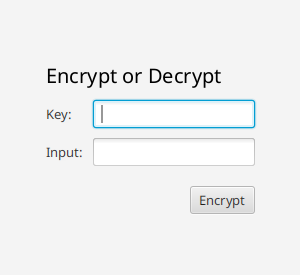
Repository: Naif6003/SDES_javafx
Program's window: java SDESjavafx/src/application/Main.java
An editor plug-in stored every save of this project. The program's window is shown before and after the next save, followed by the edit.
It runs on Java 21 on a 1366 x 768 screen with JavaFX 11; the title bar is not drawn.

Above is the program's window before, as saved 2017-10-31 16:49:07.

### SDESjavafx/src/application/Main.java
package application;

import javafx.application.Application;
import javafx.event.ActionEvent;
import javafx.event.EventHandler;
import javafx.geometry.Insets;
import javafx.geometry.Pos;
import javafx.scene.Scene;
import javafx.scene.control.Button;
import javafx.scene.control.Label;
import javafx.scene.control.PasswordField;
import javafx.scene.control.TextField;
import javafx.scene.layout.GridPane;
import javafx.scene.layout.HBox;
import javafx.scene.paint.Color;
import javafx.scene.text.Font;
import javafx.scene.text.FontWeight;
import javafx.scene.text.Text;
import javafx.stage.Stage;


public class Main extends Application {

	public static void main(String[] args) {
		launch(args);
	}
	@Override
    public void start(Stage primaryStage) {

        primaryStage.setTitle("SDES");
        GridPane gd = new GridPane();
        gd.setAlignment(Pos.CENTER);
        gd.setHgap(10);
        gd.setVgap(10);
        gd.setPadding(new Insets(25, 25, 25, 25));


        Scene scene = new Scene(gd, 300, 275);
        primaryStage.setScene(scene);

        Text scenetitle = new Text("Encrypt or Decrypt");
        scenetitle.setFont(Font.font("Tahoma", FontWeight.NORMAL, 20));
        gd.add(scenetitle, 0, 0, 2, 1);

        Label keyLabel = new Label("Key: ");
        gd.add(keyLabel, 0, 1);


        TextField getKey = new TextField();
        gd.add(getKey, 1, 1);

        Label inputLabel = new Label("Input:");
        gd.add(inputLabel, 0, 2);

        PasswordField pwBox = new PasswordField();
        gd.add(pwBox, 1, 2);


        Button encryptBtn = new Button("Encrypt");
        HBox hbBtn = new HBox(10);
        hbBtn.setAlignment(Pos.BOTTOM_RIGHT);
        hbBtn.getChildren().add(encryptBtn);
        gd.add(hbBtn, 1, 4);

        TextField getInput = new TextField();
        gd.add(getInput,1, 2);

        encryptBtn.setOnAction(e -> {

        	SDESimplementation sdes = new SDESimplementation();

            byte cipherText[] = sdes.Encrypt(getKey.getText().getBytes(),getInput.getText().getBytes());
            for (byte cipher:cipherText)
                System.out.print(cipher+" ");
                System.out.println();

//            @Override
//            public void handle(ActionEvent e) {
//                actiontarget.setFill(Color.FIREBRICK);
//                actiontarget.setText("Sign in button pressed");
//                System.out.println(userTextField.getText());
//            }
        });

        primaryStage.show();

    }
}

 class SDESimplementation {

    public byte[] Encrypt(byte[] rawkey, byte[] plaintext){
		SDES sdes = new SDES();
		sdes.keyGenerator(rawkey);

		return (sdes.finalPermutation(sdes.fK(sdes.switchFunction(sdes.fK(
		        sdes.initialPermutation(plaintext),sdes.K1)),sdes.K2)));
	}

	public byte[] Decrypt(byte[] rawkey, byte[] ciphertext){
        SDES sdes = new SDES();
        sdes.keyGenerator(rawkey);

        return (sdes.finalPermutation(sdes.fK(sdes.switchFunction(sdes.fK(
                sdes.initialPermutation(ciphertext),sdes.K2)),sdes.K1)));
	}
}

After the next save:
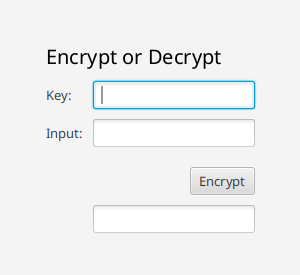
Saved 51 s later.
--- a/SDESjavafx/src/application/Main.java
+++ b/SDESjavafx/src/application/Main.java
@@ -65,6 +65,10 @@
         TextField getInput = new TextField();
         gd.add(getInput,1, 2);
 
+        TextField results = new TextField();
+        gd.add(results, 1, 5);
+
+
         encryptBtn.setOnAction(e -> {
 
         	SDESimplementation sdes = new SDESimplementation();
@@ -74,12 +78,6 @@
                 System.out.print(cipher+" ");
                 System.out.println();
 
-//            @Override
-//            public void handle(ActionEvent e) {
-//                actiontarget.setFill(Color.FIREBRICK);
-//                actiontarget.setText("Sign in button pressed");
-//                System.out.println(userTextField.getText());
-//            }
         });
 
         primaryStage.show();
